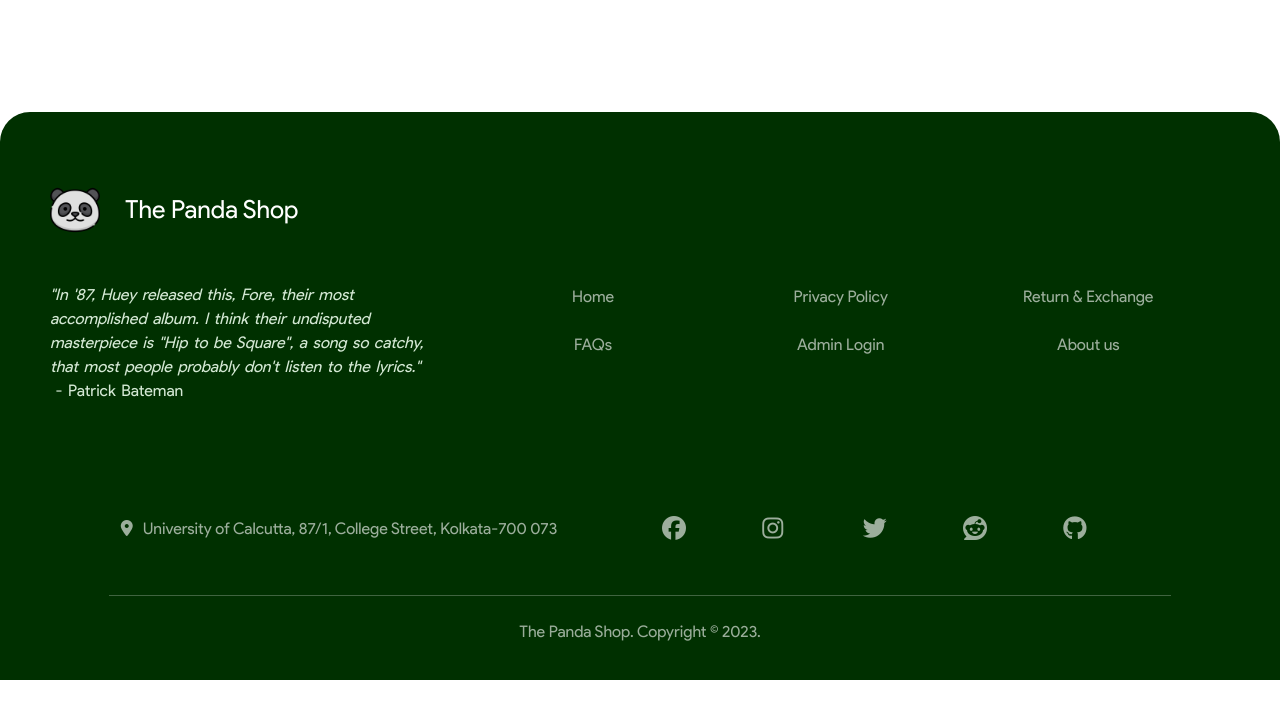
Repository: Anindyait/Panda-web-project
Page: Project1/src/main/webapp/footer.html
An editor plug-in stored every save of this project. The page is shown before and after the next save, followed by the edit.
The browser window is 1280 px wide. The pictures show the whole page.
Some web fonts or font styles are not loaded; a fallback is used. Some web libraries are served in a nearby version.

Above is the page before, as saved 2022-12-29 06:57:03.

After the next save:
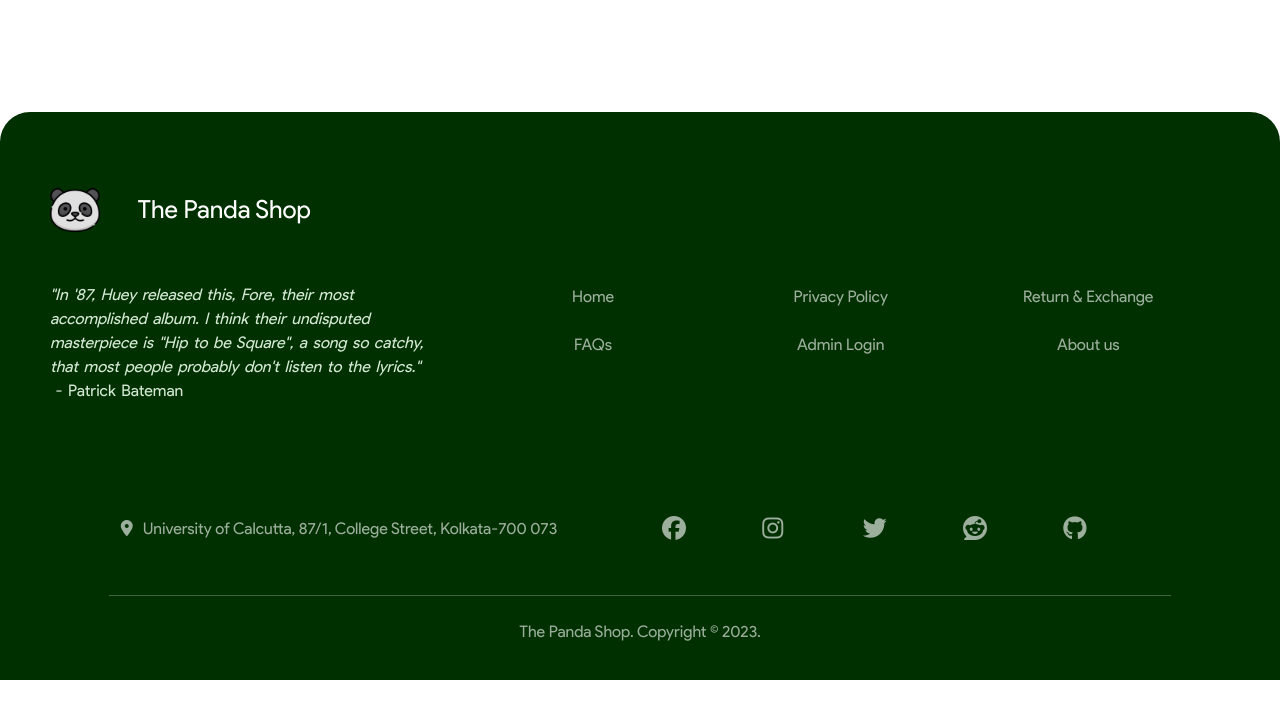
Saved 60 s later.
--- a/Project1/src/main/webapp/footer.html
+++ b/Project1/src/main/webapp/footer.html
@@ -51,7 +51,7 @@
                         <br>
                         <div class="row">
                             <div class="col-sm-4">
-                                <div class="row justify-content-start" style="width:340px;">
+                                <div class="row justify-content-start" style="width:390px;">
                                     <div class="col-sm-3 align-self-center">
                                         <img src="Pics/panda.png" width="50px">
                                     </div>

After the save that followed:
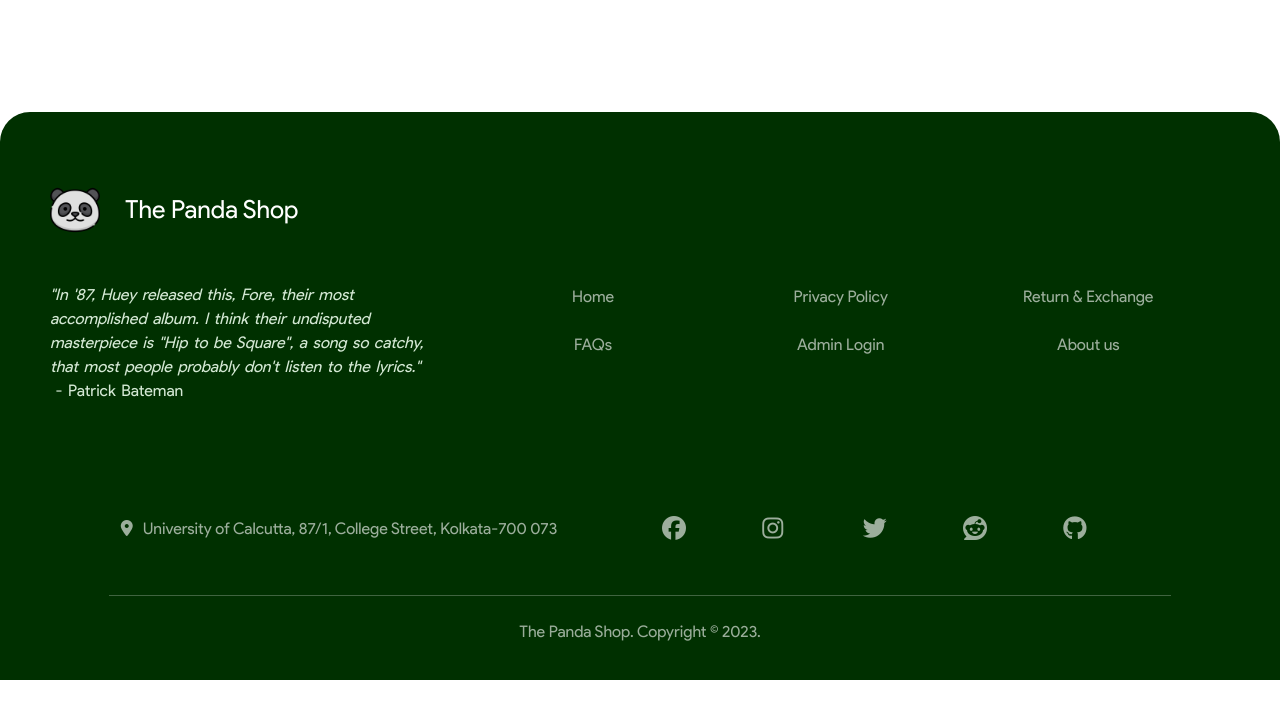
Saved 7 s later.
--- a/Project1/src/main/webapp/footer.html
+++ b/Project1/src/main/webapp/footer.html
@@ -51,7 +51,7 @@
                         <br>
                         <div class="row">
                             <div class="col-sm-4">
-                                <div class="row justify-content-start" style="width:390px;">
+                                <div class="row justify-content-start" style="width:340px;">
                                     <div class="col-sm-3 align-self-center">
                                         <img src="Pics/panda.png" width="50px">
                                     </div>
